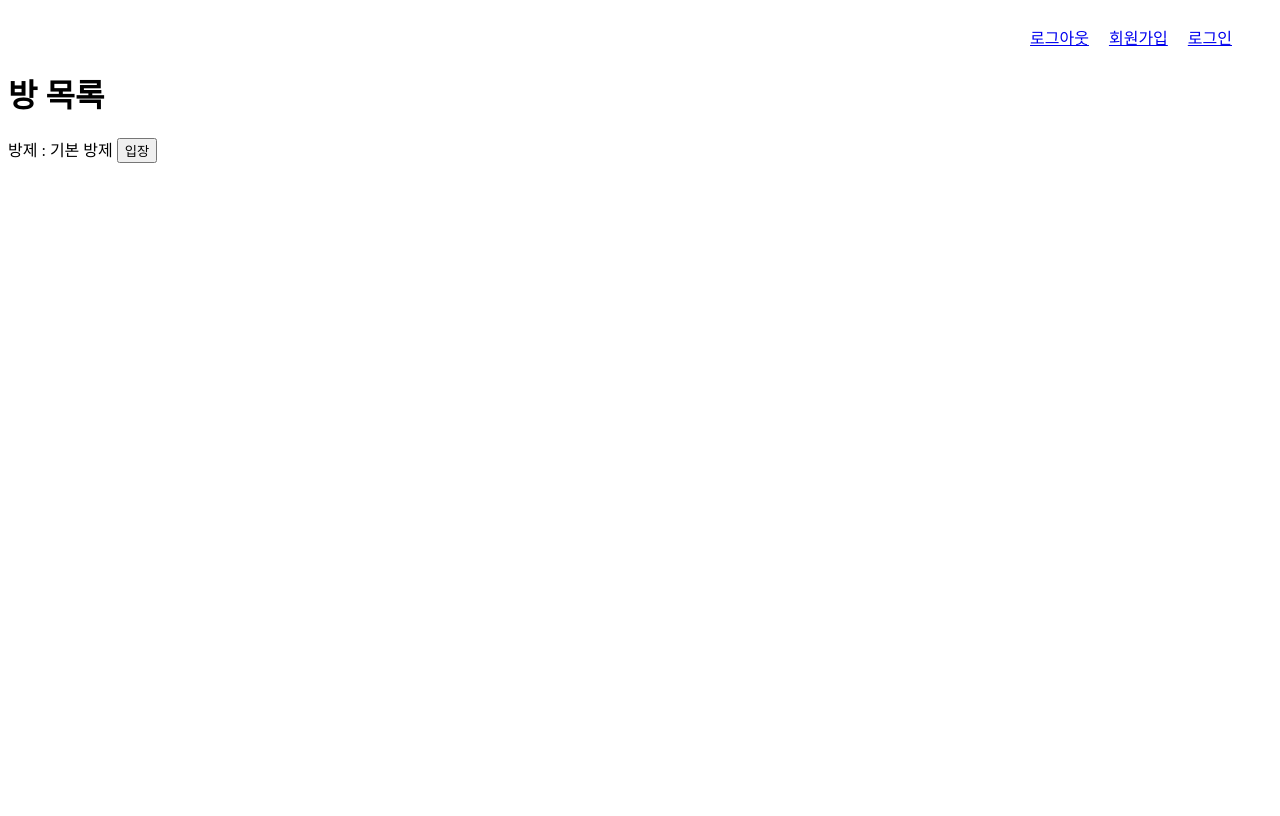
Repository: castar2001kr/DRAW
Page: DRAW/src/main/webapp/dynamic/index.html
The author's editor kept a copy of each file at every save. The page is drawn from the files as they stood at one save, then again after the next save.
The browser window is 1280 px wide. The pictures show the whole page.

Above is the page before, as saved 2022-09-19 05:43:56.

After the next save:
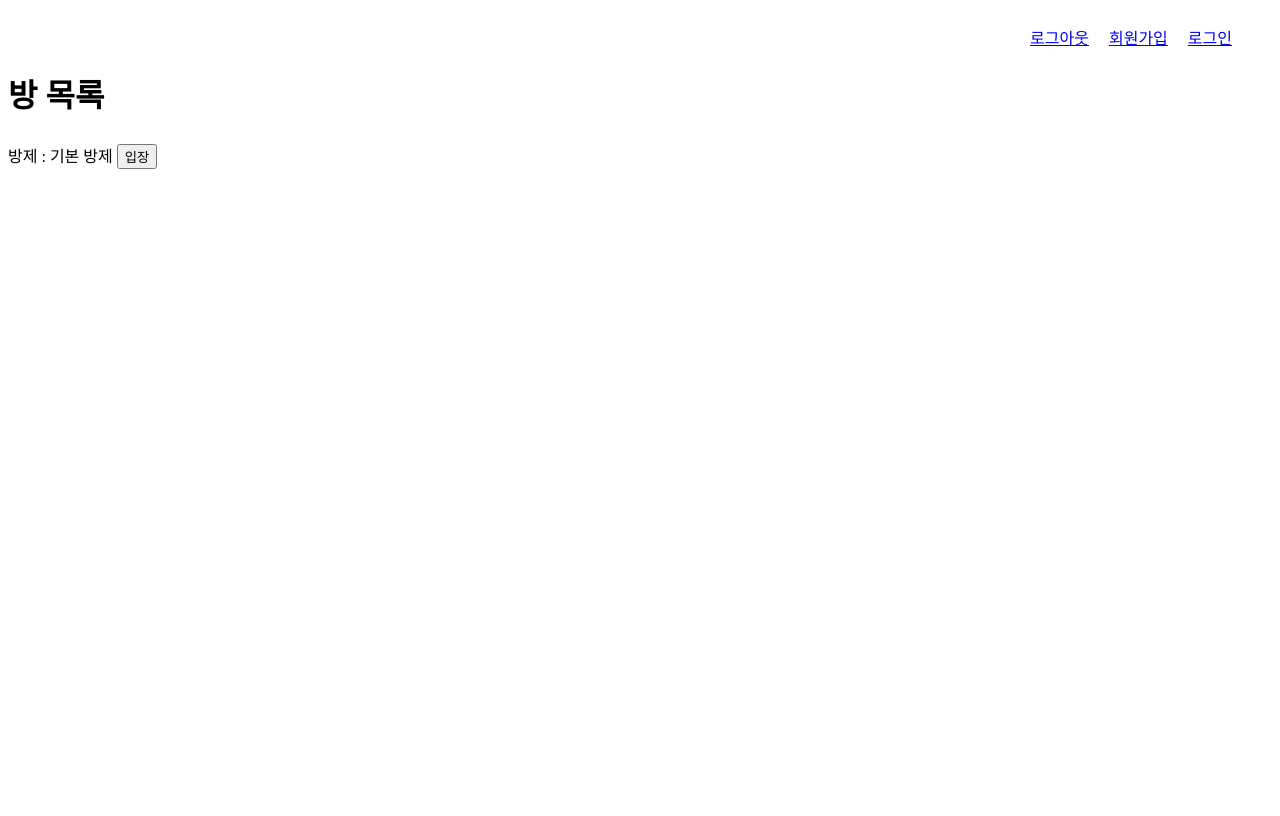
Saved 6 s later.
--- a/DRAW/src/main/webapp/dynamic/index.html
+++ b/DRAW/src/main/webapp/dynamic/index.html
@@ -28,7 +28,11 @@
 
     	<table>
 
-    		<tr></tr>
+    		<tr>
+
+    			<td></td>
+
+    		</tr>
 
     	</table>
 
